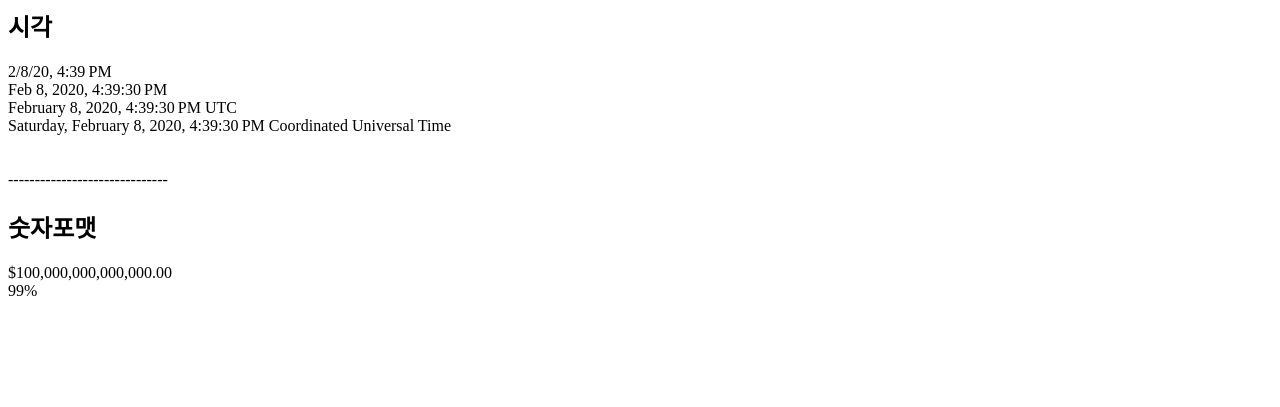
Repository: yejin-yun/server_script_game
Page: http://localhost/JstlPro/format.jsp
These files come from the project's save history. The page is drawn as it stood at one moment and after the next save; the edit follows.
The browser window is 1280 px wide. The pictures show the whole page.
The page is served by Tomcat 9.

Above is the page before, as saved 2020-02-09 07:47:52.

### Servlet_JSP/JstlPro/WebContent/format.jsp
<%@ page language="java" contentType="text/html; charset=UTF-8"
    pageEncoding="UTF-8"%>
<%@ taglib prefix="fmt" uri="http://java.sun.com/jsp/jstl/fmt" %>
<%@ taglib prefix="c" uri="http://java.sun.com/jsp/jstl/core" %>

<html>
<body>
<h2>시각</h2>
<c:set var="date" value="<%= new java.util.Date() %>"></c:set>
<fmt:formatDate value="${date }" type="both" dateStyle="short"
	timeStyle="short"/><br> <!-- value에는 현재시간을 쓰면 됨. -->
<fmt:formatDate value="${date }" type="both" dateStyle="medium"
	timeStyle="medium"/><br>
<fmt:formatDate value="${date }" type="both" dateStyle="long"
	timeStyle="long"/><br>
<fmt:formatDate value="${date }" type="both" dateStyle="full"
	timeStyle="full"/><br>
<br>
<br>
------------------------------
<br>
<h2>숫자포맷</h2>
<fmt:formatNumber value="100000000000000" type="currency" currencySymbol="$" />
<br>
<fmt:formatNumber value="0.99" type="percent" />
</body>
</html>

After the next save:
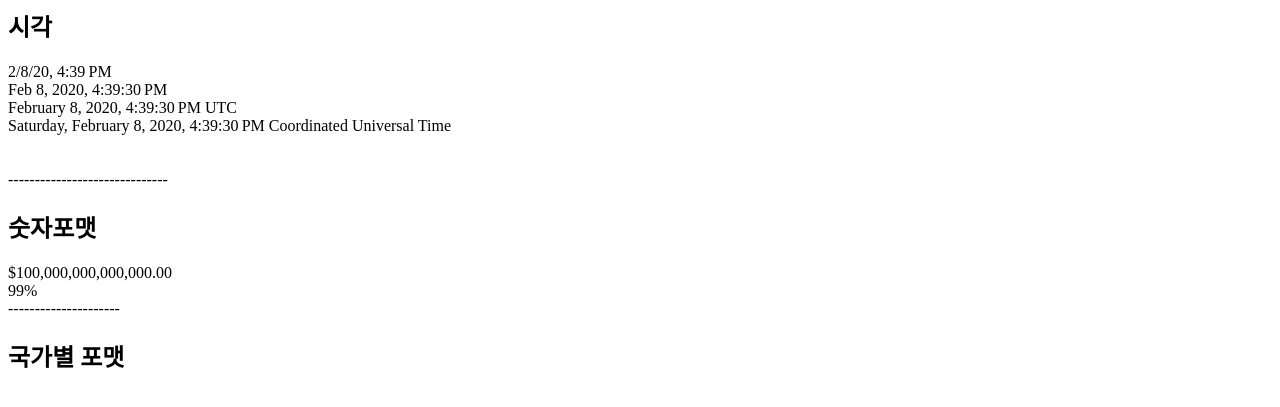
Saved 2 min 14 s later.
--- a/Servlet_JSP/JstlPro/WebContent/format.jsp
+++ b/Servlet_JSP/JstlPro/WebContent/format.jsp
@@ -23,5 +23,15 @@
 <fmt:formatNumber value="100000000000000" type="currency" currencySymbol="$" />
 <br>
 <fmt:formatNumber value="0.99" type="percent" />
+<br>
+---------------------
+<br>
+<h2>국가별 포맷</h2>
+<!-- 국가별로 지정하려면 지역을 지정하면 됨 로케일을 지정하고 뭔가 데이터를 쓰면 해당 내용이 바뀜-->
+<fmt:setLocale value="ko_kr" />
+
+<fmt:setLocale value="en_us" />
+
+<fmt:setLocale value="ja_jp" />
 </body>
 </html>
